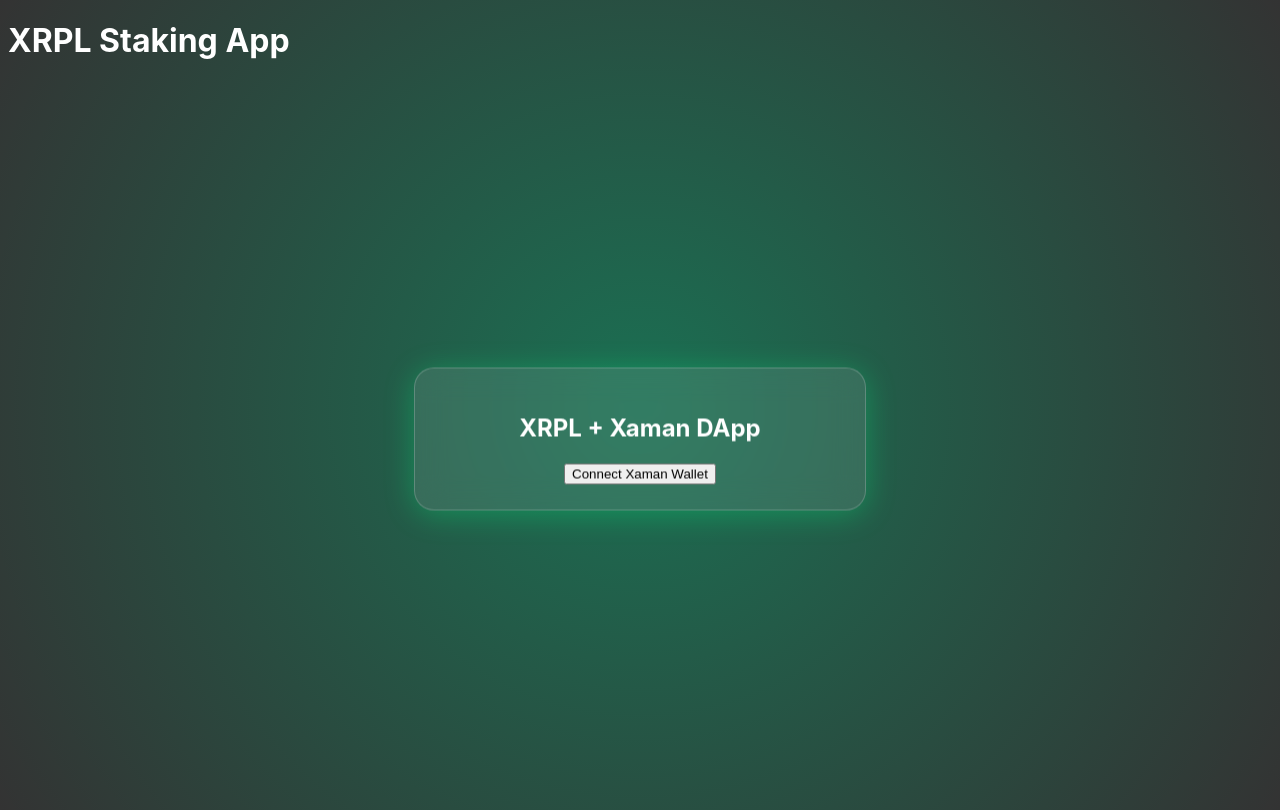
Repository: pbryzek/hackathon-xrpl
Page: / (app in xrpl-dapp/)
These files come from the project's save history. The page is drawn as it stood at one moment and after the next save; the edit follows.
The browser window is 1280 px wide. The pictures show the whole page.
The project was rebuilt for these pictures with package versions that can differ from the ones it lists, and the page was loaded fresh each time.

Above is the page before, as saved 2025-03-14 13:19:28.

### xrpl-dapp/index.html
<!DOCTYPE html>
<html lang="en">
<head>
    <meta charset="UTF-8">
    <meta name="viewport" content="width=device-width, initial-scale=1.0">
    <title>XRPL Dapp</title>
</head>
<body>
    <div id="root"></div>  <!-- ✅ Ensure this exists -->
    <script type="module" src="/src/main.tsx"></script>
</body>
</html>

### xrpl-dapp/src/main.tsx
import React from "react";
import ReactDOM from "react-dom/client";
import App from "./App";
import "./index.css"; // Ensure Tailwind is being loaded!


const rootElement = document.getElementById("root");

if (!rootElement) {
  console.error("🚨 Error: Root container `#root` not found in index.html.");
} else {
  ReactDOM.createRoot(rootElement).render(
    <React.StrictMode>
      <App />
    </React.StrictMode>
  );
}

### xrpl-dapp/src/App.tsx
import React from "react";
import XamanAuth from "./components/XamanAuth"; // Import the authentication component

const App: React.FC = () => {
  return (
    <div>
      <h1>XRPL Staking App</h1>
      <XamanAuth />
    </div>
  );
};

export default App;

### xrpl-dapp/src/index.css
@tailwind base;
@tailwind components;
@tailwind utilities;

@keyframes float {
  0% { transform: translateY(0px); }
  50% { transform: translateY(-10px); }
  100% { transform: translateY(0px); }
}

.floating {
  animation: float 3s ease-in-out infinite;
}
.glass-card {
    background: rgba(255, 255, 255, 0.1); /* Semi-transparent white */
    backdrop-filter: blur(15px); /* Smooth frosted glass effect */
    box-shadow: 0px 4px 30px rgba(0, 255, 128, 0.3); /* Stronger green glow */
    border: 1px solid rgba(255, 255, 255, 0.2); /* Subtle border */
    padding: 25px;
    border-radius: 20px;
    transition: all 0.3s ease-in-out;
  }

  .glass-card:hover {
    box-shadow: 0px 6px 35px rgba(0, 255, 128, 0.5); /* More intense on hover */
    transform: scale(1.02); /* Slight expansion effect */
  }

  .glass-card {
  background: rgba(255, 255, 255, 0.1); /* Semi-transparent white */
  backdrop-filter: blur(15px); /* Smooth frosted glass effect */
  box-shadow: 0px 4px 30px rgba(0, 255, 128, 0.3); /* Stronger green glow */
  border: 1px solid rgba(255, 255, 255, 0.2); /* Subtle border */
  padding: 25px;
  border-radius: 20px;
  transition: all 0.3s ease-in-out;
}

.glass-card:hover {
  box-shadow: 0px 6px 35px rgba(0, 255, 128, 0.5); /* More intense on hover */
  transform: scale(1.02); /* Slight expansion effect */
}

body {
    background: radial-gradient(circle, rgba(2, 96, 64, 0.9) 0%, rgba(0, 0, 0, 0.8) 100%);
    color: white;
    font-family: "Inter", sans-serif;
  }

  .glass-button {
    background: linear-gradient(135deg, rgba(0, 255, 128, 0.8), rgba(0, 150, 100, 0.8));
    color: white;
    padding: 12px 24px;
    border-radius: 12px;
    font-size: 16px;
    font-weight: bold;
    backdrop-filter: blur(15px);
    border: 1px solid rgba(255, 255, 255, 0.2);
    box-shadow: 0px 4px 15px rgba(0, 255, 128, 0.5);
    transition: all 0.3s ease-in-out;
  }

  .glass-button:hover {
    background: linear-gradient(135deg, rgba(0, 255, 128, 1), rgba(0, 150, 100, 1));
    transform: scale(1.05);
    box-shadow: 0px 6px 20px rgba(0, 255, 128, 0.7);
  }

  .glass-button:disabled {
    background: rgba(255, 255, 255, 0.2);
    cursor: not-allowed;
    box-shadow: none;
  }

### xrpl-dapp/src/components/XamanAuth.tsx
import React, { useState, useEffect } from "react";
import { XummPkce } from "xumm-oauth2-pkce";
import * as xrpl from "xrpl";

const xumm = new XummPkce( "bedfb834-633e-4443-9dcc-eebf2bfd9562","http://localhost:5173",
);

const XamanAuth: React.FC = () => {
  const [account, setAccount] = useState<string | null>(null);
  const [balance, setBalance] = useState<string | null>(null);
  const [isLoading, setIsLoading] = useState<boolean>(false);

  useEffect(() => {
    const storedAccount = localStorage.getItem("xrplAccount");
    if (storedAccount) {
      setAccount(storedAccount);
      fetchBalance(storedAccount);
    }
  }, []);

  const connectWallet = async () => {
    setIsLoading(true);
    try {
      await xumm.authorize();
      const state = await xumm.state();

      if (!state) {
        throw new Error("Xumm state is undefined!");
      }

      const userAccount = state?.me?.account ?? null;
      if (!userAccount) {
        throw new Error("Failed to retrieve XRPL account from Xumm.");
      }

      setAccount(userAccount);
      localStorage.setItem("xrplAccount", userAccount);
      fetchBalance(userAccount);
    } catch (error) {
      console.error("Xumm authentication failed:", error);
    } finally {
      setIsLoading(false);
    }
  };

  const fetchBalance = async (walletAddress: string) => {
    try {
      const client = new xrpl.Client("wss://s.altnet.rippletest.net/");
      await client.connect();
      const response = await client.request({
        command: "account_info",
        account: walletAddress,
        ledger_index: "validated",
      });
      const xrpBalance = xrpl.dropsToXrp(response.result.account_data.Balance);
      setBalance(xrpBalance.toString());
      client.disconnect();
    } catch (error) {
      console.error("Error fetching balance:", error);
    }
  };

  return (
    <div className="flex justify-center items-center h-screen bg-background">
      <div className="floating glass-card text-center w-[400px]">
        <h2 className="text-2xl font-semibold text-primary mb-4">XRPL + Xaman DApp</h2>

        {!account ? (
          <button
            onClick={connectWallet}
            disabled={isLoading}
            className="bg-secondary text-white px-5 py-2 rounded-lg hover:bg-opacity-80 transition"
          >
            {isLoading ? "Connecting..." : "Connect Xaman Wallet"}
          </button>
        ) : (
          <>
            <p className="text-lg text-white/90 mb-2">Connected Wallet:</p>
            <p className="text-white text-lg font-bold">{account}</p>
            <p className="text-sm text-white/70 mt-2">Balance: {balance} XRP</p>
          </>
        )}
      </div>
    </div>
  );
};

export default XamanAuth;

After the next save:
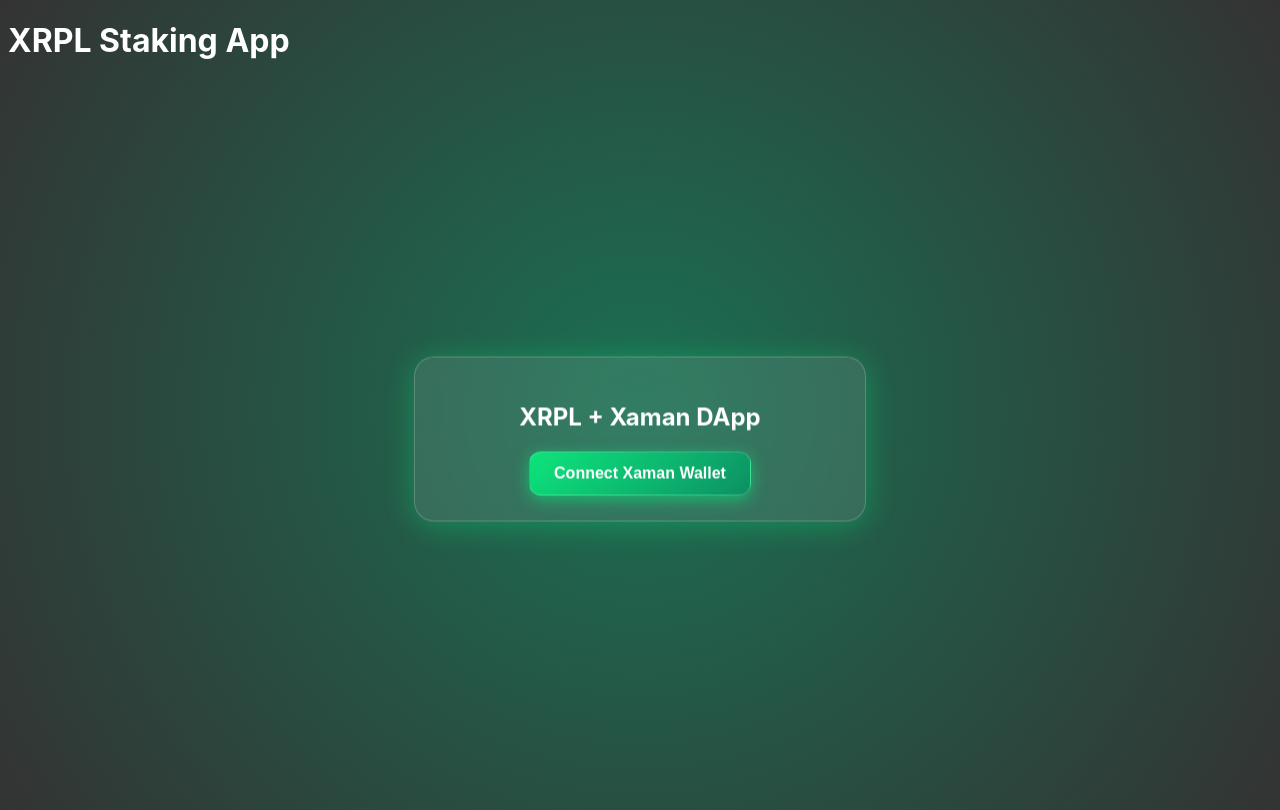
Saved 100 s later.
--- a/xrpl-dapp/src/components/XamanAuth.tsx
+++ b/xrpl-dapp/src/components/XamanAuth.tsx
@@ -69,10 +69,11 @@
           <button
             onClick={connectWallet}
             disabled={isLoading}
-            className="bg-secondary text-white px-5 py-2 rounded-lg hover:bg-opacity-80 transition"
+            className="glass-button transition-all duration-300"
           >
             {isLoading ? "Connecting..." : "Connect Xaman Wallet"}
           </button>
+
         ) : (
           <>
             <p className="text-lg text-white/90 mb-2">Connected Wallet:</p>
